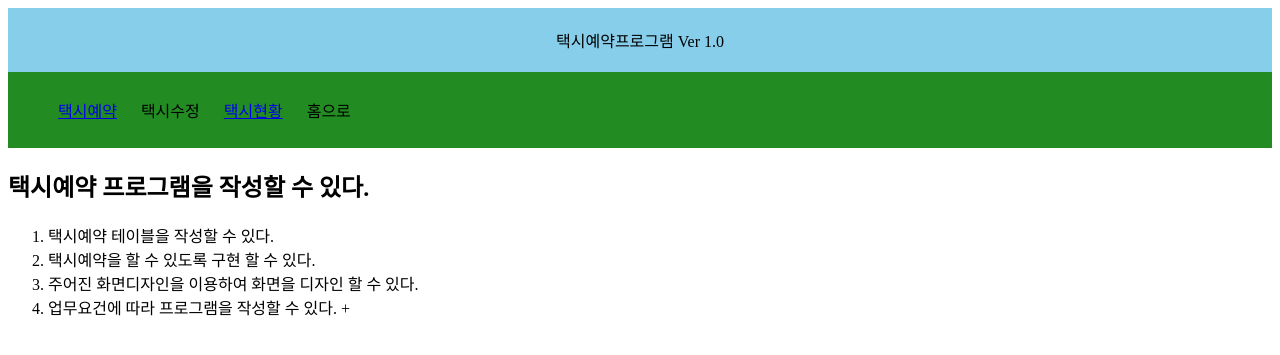
Repository: khs220507/WebClass
Page: http://localhost/prj0828/
The author's editor kept a copy of each file at every save. The page is drawn from the files as they stood at one save, then again after the next save.
The browser window is 1280 px wide. The pictures show the whole page.
The page is served by Tomcat 9. Other server files are loaded and not shown.

Above is the page before, as saved 2023-08-28 07:06:45.

### prj0828/src/main/webapp/index.jsp
<%@ page language="java" contentType="text/html; charset=UTF-8"
    pageEncoding="UTF-8"%>
<!DOCTYPE html>
<html>
<head>
<meta charset="UTF-8">
<title>Insert title here</title>
<link href="./css/index.css" rel="stylesheet"/>
</head>
<body>

<header>
택시예약프로그램 Ver 1.0
</header>

<nav>
<ul>
<li><a href="register_taxi.html">택시예약</a></li>
<li>택시수정</li>
<li><a href="list.jsp">택시현황</a></li>
<li>홈으로</li>
</ul>
</nav>

<section>
<h2>택시예약 프로그램을 작성할 수 있다.</h2>
<ol>
<li>택시예약 테이블을 작성할 수 있다.</li>
<li>택시예약을 할 수 있도록 구현 할 수 있다.</li>
<li>주어진 화면디자인을 이용하여 화면을 디자인 할 수 있다.</li>
<li>업무요건에 따라 프로그램을 작성할 수 있다.
+</li>
</ol>
</section>

<footer>
</footer>

</body>
</html>

### prj0828/src/main/webapp/css/index.css
@charset "UTF-8";

header{
	padding : 20px;
	background-color: skyblue;
	text-align: center;
}


nav{
	padding: 10px;
	background-color: forestgreen;
}
ul{
	list-style: none;
}
ul >li{
	display: inline-block;
	padding-right :20px;
}

After the next save:
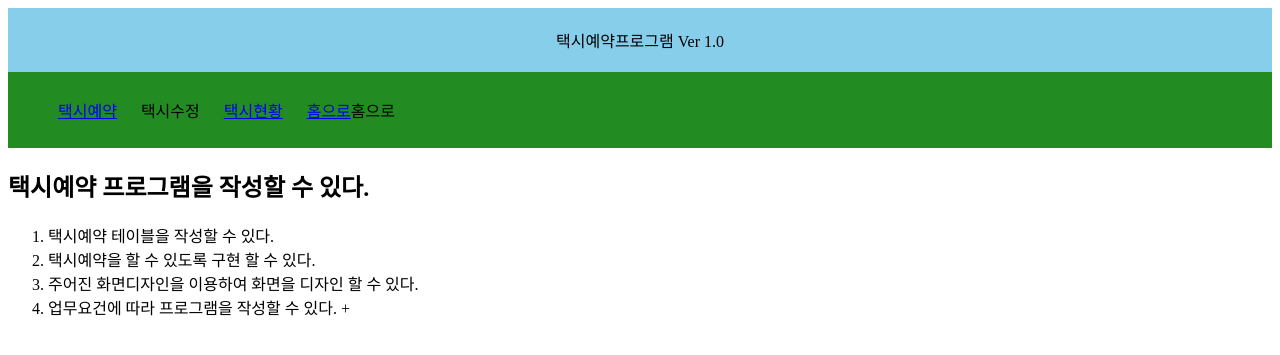
Saved 46 s later.
--- a/prj0828/src/main/webapp/index.jsp
+++ b/prj0828/src/main/webapp/index.jsp
@@ -18,7 +18,7 @@
 <li><a href="register_taxi.html">택시예약</a></li>
 <li>택시수정</li>
 <li><a href="list.jsp">택시현황</a></li>
-<li>홈으로</li>
+<li><a href="taxi_home.html">홈으로</a>홈으로</li>
 </ul>
 </nav>
 
